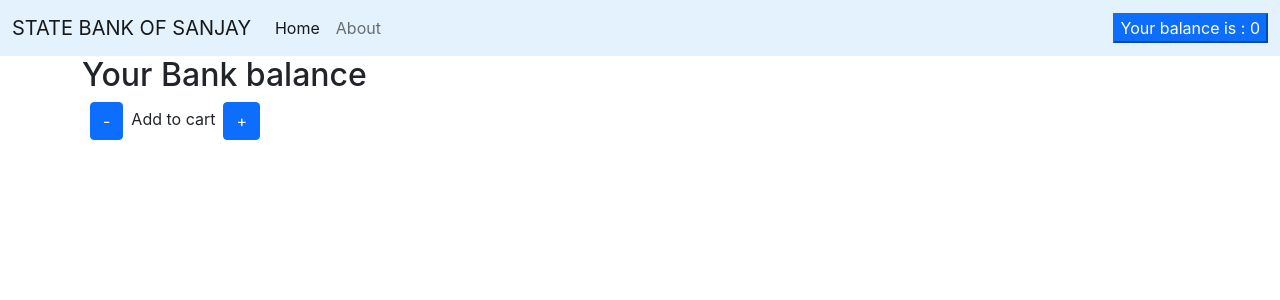
Repository: Sanjayjangra88/online_shop
Page: /cart
An editor plug-in stored every save of this project. The page is shown before and after the next save, followed by the edit.
The browser window is 1280 px wide. The pictures show the whole page.
The project was rebuilt for these pictures with package versions that can differ from the ones it lists, and the page was loaded fresh each time. Also part of the build but not shown: src/App.css.

Above is the page before, as saved 2022-03-29 13:36:49.

### public/index.html
<!DOCTYPE html>
<html lang="en">
  <head>
    <meta charset="utf-8" />
    <link rel="icon" href="%PUBLIC_URL%/favicon.ico" />
    <meta name="viewport" content="width=device-width, initial-scale=1" />
    <meta name="theme-color" content="#000000" />
    <meta
      name="description"
      content="Web site created using create-react-app"
    />
    <link rel="apple-touch-icon" href="%PUBLIC_URL%/logo192.png" />
    <!--
      manifest.json provides metadata used when your web app is installed on a
      user's mobile device or desktop. See https://developers.google.com/web/fundamentals/web-app-manifest/
    -->
    <link rel="manifest" href="%PUBLIC_URL%/manifest.json" />
    <link href="https://cdn.jsdelivr.net/npm/bootstrap@5.0.2/dist/css/bootstrap.min.css" rel="stylesheet" integrity="sha384-EVSTQN3/azprG1Anm3QDgpJLIm9Nao0Yz1ztcQTwFspd3yD65VohhpuuCOmLASjC" crossorigin="anonymous">
    <!--
      Notice the use of %PUBLIC_URL% in the tags above.
      It will be replaced with the URL of the `public` folder during the build.
      Only files inside the `public` folder can be referenced from the HTML.

      Unlike "/favicon.ico" or "favicon.ico", "%PUBLIC_URL%/favicon.ico" will
      work correctly both with client-side routing and a non-root public URL.
      Learn how to configure a non-root public URL by running `npm run build`.
    -->
    <title>STATE BANK OF SANJAY</title>
  </head>
  <body>
    <noscript>You need to enable JavaScript to run this app.</noscript>
    <div id="root"></div>
    <script src="https://cdn.jsdelivr.net/npm/bootstrap@5.0.2/dist/js/bootstrap.bundle.min.js" integrity="sha384-MrcW6ZMFYlzcLA8Nl+NtUVF0sA7MsXsP1UyJoMp4YLEuNSfAP+JcXn/tWtIaxVXM" crossorigin="anonymous"></script>
    <!--
      This HTML file is a template.
      If you open it directly in the browser, you will see an empty page.

      You can add webfonts, meta tags, or analytics to this file.
      The build step will place the bundled scripts into the <body> tag.

      To begin the development, run `npm start` or `yarn start`.
      To create a production bundle, use `npm run build` or `yarn build`.
    -->

  </body>
</html>

### src/App.js

import './App.css';
import Navbar from './components/Navbar';
import Shop from './components/Shop';

function App() {
  return (
    <>
    <Navbar/>
    <div className="container">

     <Shop/>
    </div>
    </>
  );
}

export default App;

### src/components/Navbar.js
import React from 'react'

const Navbar = () => {
    return (
        <div>
            <nav className="navbar navbar-expand-lg navbar-light" style={{ backgroundColor: "#e3f2fd" }}>
                <div className="container-fluid">
                    <a className="navbar-brand" href="/">STATE BANK OF SANJAY</a>
                    <button className="navbar-toggler" type="button" data-bs-toggle="collapse" data-bs-target="#navbarSupportedContent" aria-controls="navbarSupportedContent" aria-expanded="false" aria-label="Toggle navigation">
                        <span className="navbar-toggler-icon"></span>
                    </button>
                    <div className="collapse navbar-collapse" id="navbarSupportedContent">
                        <ul className="navbar-nav me-auto mb-2 mb-lg-0">
                            <li className="nav-item">
                                <a className="nav-link active" aria-current="page" href="/">Home</a>
                            </li>
                            <li className="nav-item">
                                <a className="nav-link" href="/about">About</a>
                            </li>



                        </ul>
                        <div>
                            <button disabled={true} className="btn-primary">Your balance is : 0</button>
                        </div>
                    </div>
                </div>
            </nav>
        </div>
    )
}

export default Navbar

### src/components/Shop.js
import React from 'react'

const Shop = () => {
  return (
    <div>
        <h2>Your Bank balance</h2>
      <button className="btn btn-primary mx-2">-</button>
       Add to  cart
      <button className="btn btn-primary mx-2">+</button>
    </div>
  )
}

export default Shop

Loaded but not shown: src/index.js (common file); src/index.css (common file); src/reportWebVitals.js (common file)

After the next save:
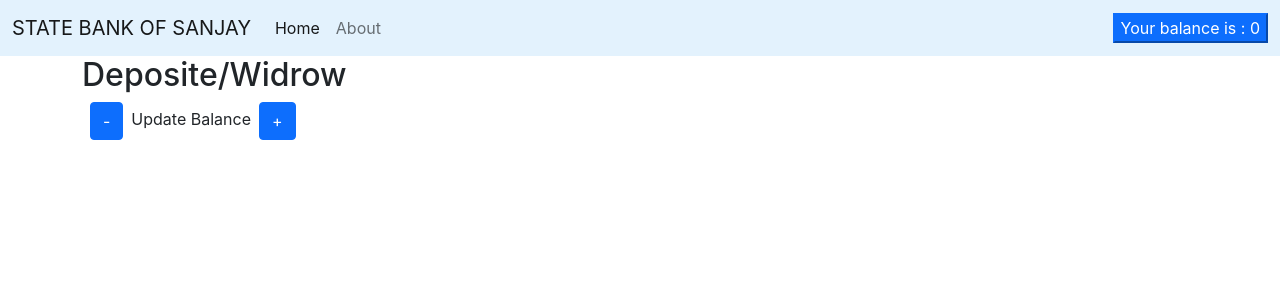
Saved 80 s later.
--- a/src/components/Shop.js
+++ b/src/components/Shop.js
@@ -3,9 +3,9 @@
 const Shop = () => {
   return (
     <div>
-        <h2>Your Bank balance</h2>
+        <h2>Deposite/Widrow </h2>
       <button className="btn btn-primary mx-2">-</button>
-       Add to  cart
+      Update Balance
       <button className="btn btn-primary mx-2">+</button>
     </div>
   )
